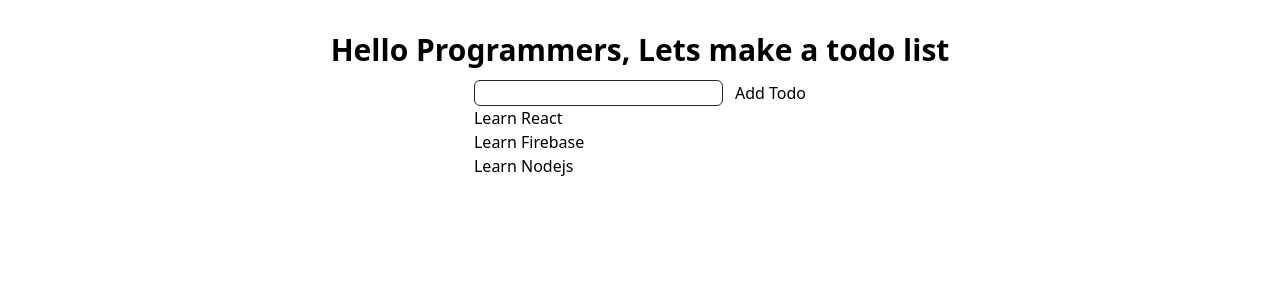
Repository: Shamraiz761/todo_list
Page: /
An editor plug-in stored every save of this project. The page is shown before and after the next save, followed by the edit.
The browser window is 1280 px wide. The pictures show the whole page.
The project was rebuilt for these pictures with package versions that can differ from the ones it lists, and the page was loaded fresh each time. Also part of the build but not shown: vite.config.js.

Above is the page before, as saved 2024-01-11 22:37:05.

### src/App.jsx
import { useState } from "react";

function App() {
  const [todo, setTodo] = useState([
    "Learn React",
    "Learn Firebase",
    "Learn Nodejs",
  ]);
  const [input, setInput] = useState("");
  const addTodo = (e) => {
    e.preventDefault();
    setTodo([...todo, input]);
    setInput("");
  };

  return (
    <div className="m-5 p-3 ">
      <h1 className="text-3xl font-bold  text-center">
        Hello Programmers, Lets make a todo list
      </h1>
      <div className="flex justify-center items-center my-3">
        <div>
          <form>
            <input
              type="text"
              value={input}
              className="border border-gray-800 mr-3  px-2 rounded-md"
              onChange={(e) => {
                setInput(e.target.value);
              }}
            />
            <button onClick={addTodo}>Add Todo</button>
          </form>
          <ul>
            {todo.map((item, index) => {
              return <li key={index}>{item}</li>;
            })}
          </ul>
        </div>
      </div>
    </div>
  );
}

export default App;

Loaded but not shown: index.html (common file); src/main.jsx (common file); src/index.css (common file); tailwind.config.js (common file)

After the next save:
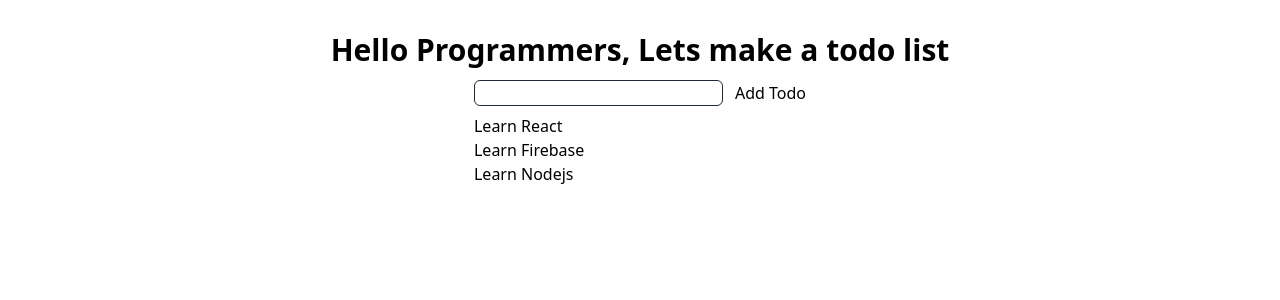
Saved 17 s later.
--- a/src/App.jsx
+++ b/src/App.jsx
@@ -31,7 +31,7 @@ function App() {
             />
             <button onClick={addTodo}>Add Todo</button>
           </form>
-          <ul>
+          <ul className="mt-2">
             {todo.map((item, index) => {
               return <li key={index}>{item}</li>;
             })}
